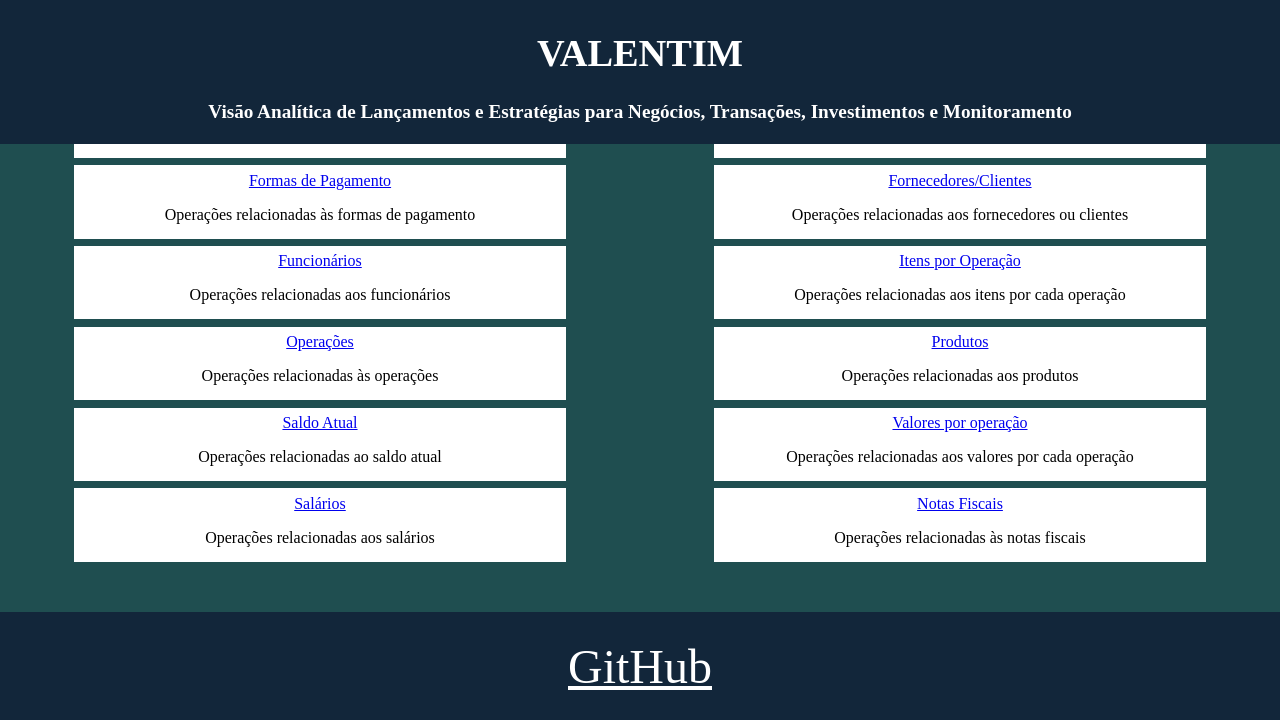
Repository: Matheus-Lacerda009/ERP-Financeiro
Page: Front/menu/menu.html
The author's editor kept a copy of each file at every save. The page is drawn from the files as they stood at one save, then again after the next save.
The browser window is 1280 px wide. The pictures show the whole page.

Above is the page before, as saved 2026-07-13 19:05:11.

After the next save:
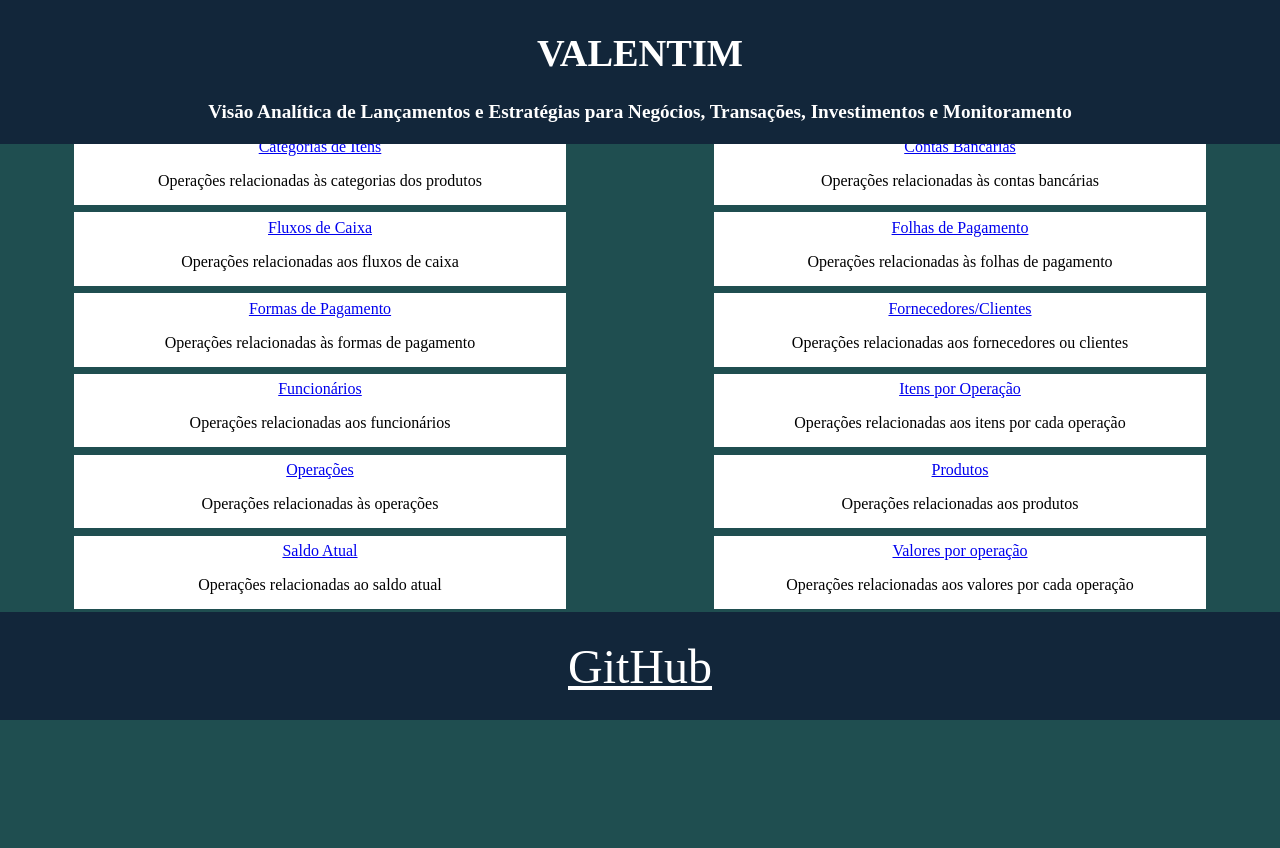
Saved 5 s later.
--- a/Front/menu/menu.css
+++ b/Front/menu/menu.css
@@ -47,7 +47,7 @@ body{
 }
 
 .container{
-    margin-top: auto;
+    margin-top: 10%;
     height: 100vh;
     width: 100%;
     box-sizing: border-box;
